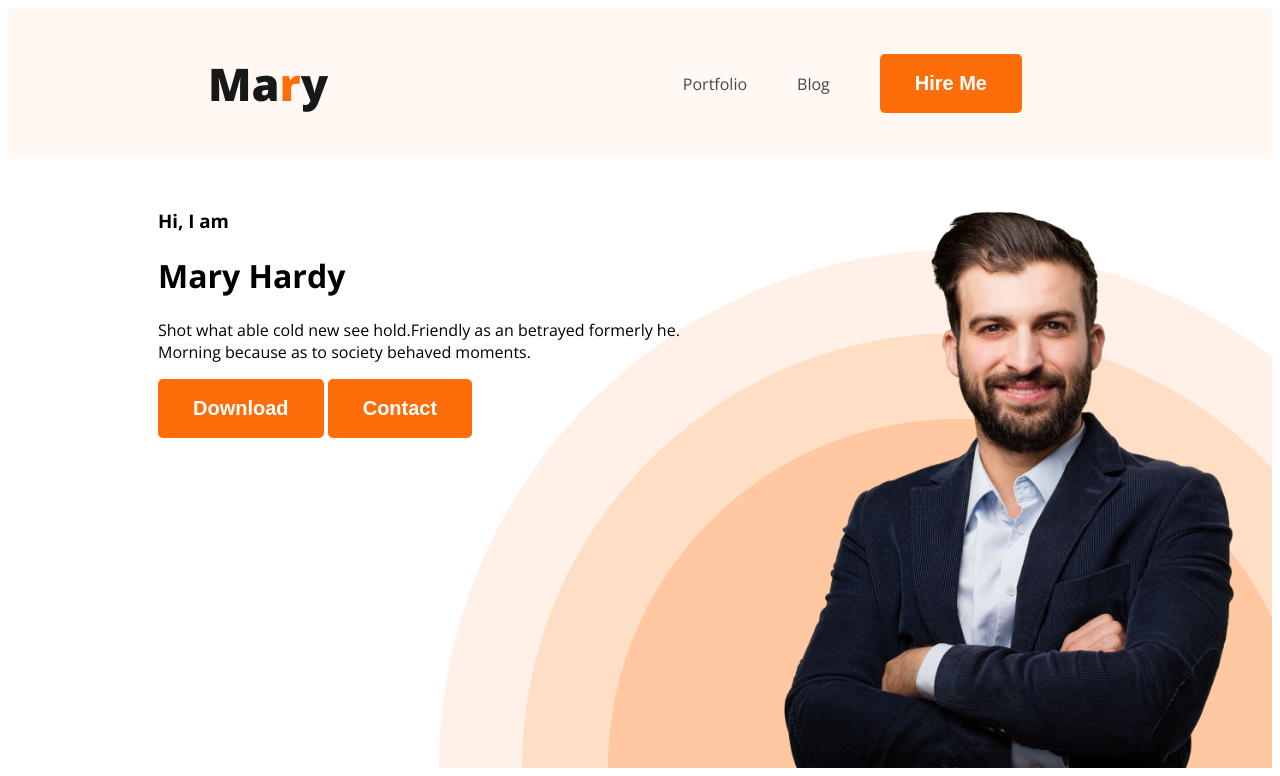
Repository: ShouravAhammed/Simple-Portfolio-Webpage
Page: index.html
The author's editor kept a copy of each file at every save. The page is drawn from the files as they stood at one save, then again after the next save.
The browser window is 1280 px wide. The pictures show the whole page.

Above is the page before, as saved 2024-01-06 00:39:57.

After the next save:
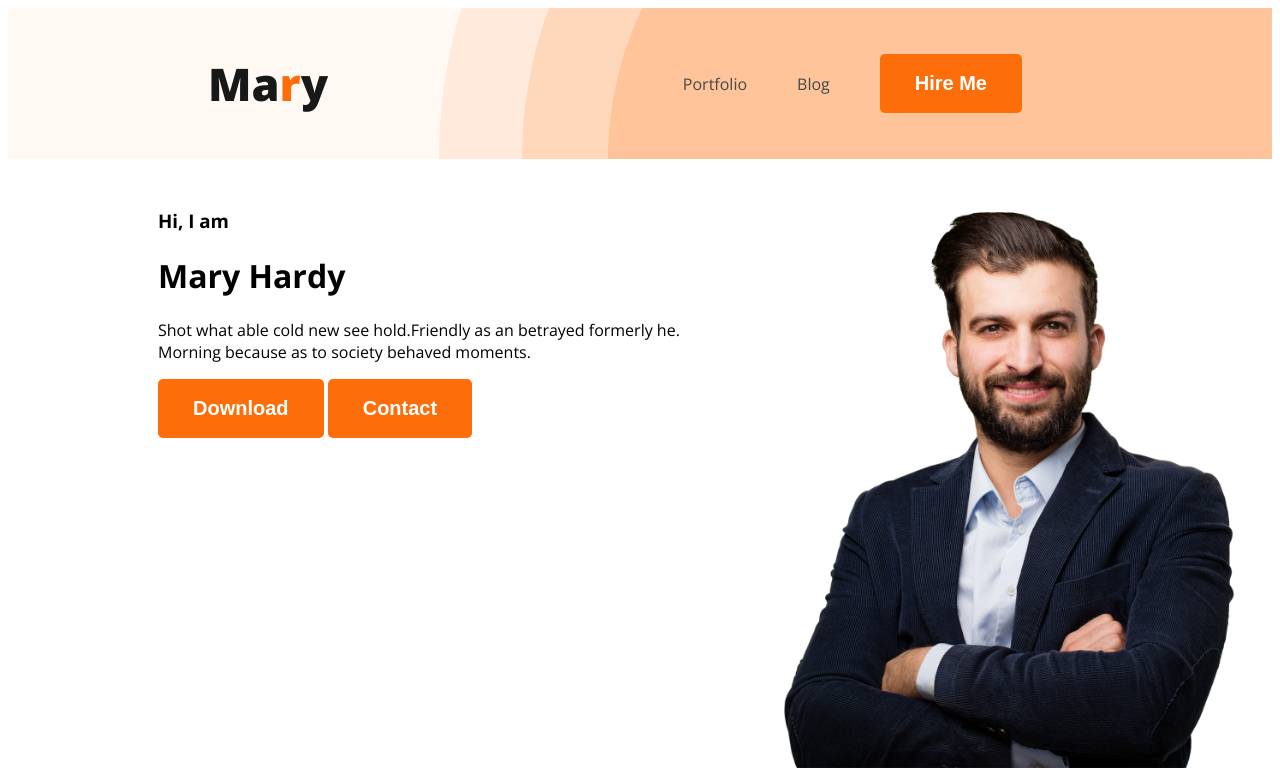
Saved 3 min 30 s later.
--- a/index.css
+++ b/index.css
@@ -22,6 +22,9 @@ body{
 /* header related style */
 .header{
     background: #FFF8F3;
+    background-image: url(images/header_bg.png);
+    background-position: bottom right;
+    background-repeat: no-repeat;
 }
 /* nav related style */
 nav{
@@ -47,9 +50,6 @@ nav a{
     color: #474747;
 }
 .banner{
-    background-image: url(images/header_bg.png);
-    background-position: bottom right;
-    background-repeat: no-repeat;
     display: flex;
     padding: 30px 30px 0px 150px;
 }

After the save that followed:
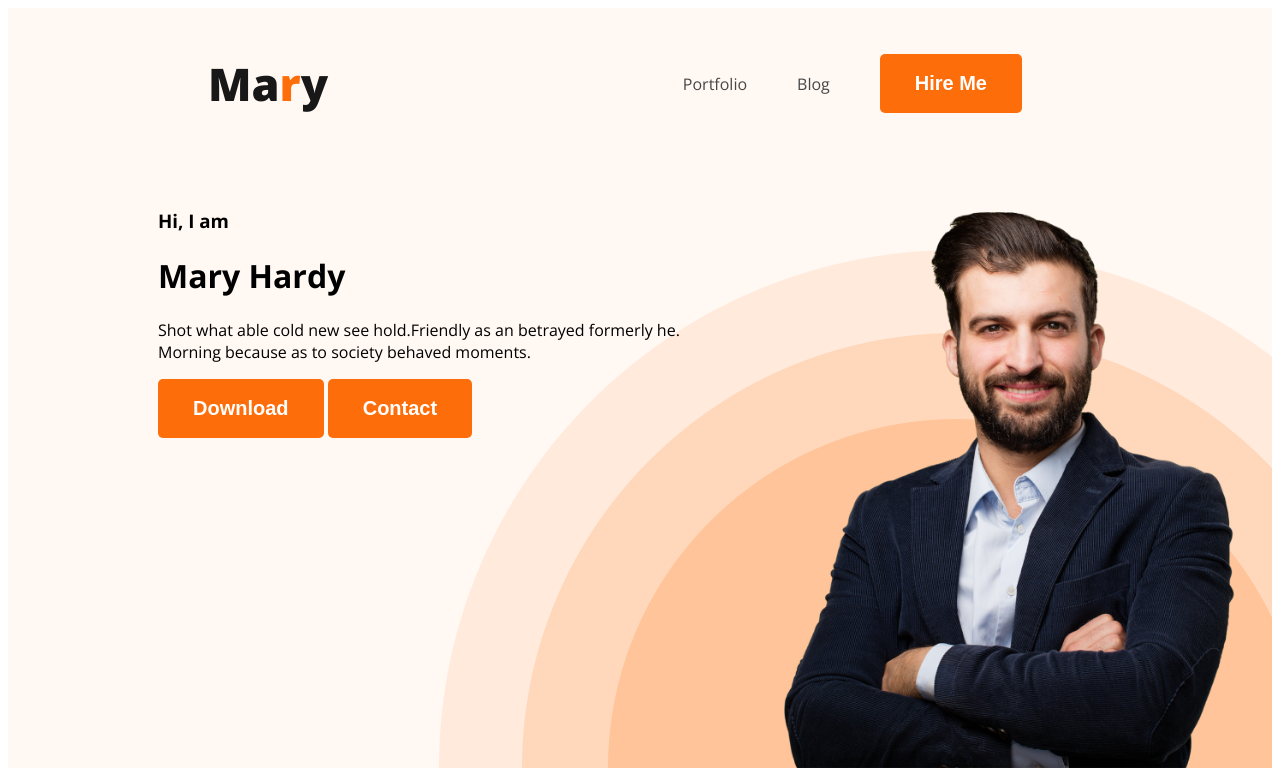
Saved 2 min 48 s later.
--- a/index.html
+++ b/index.html
@@ -16,17 +16,17 @@
                 <li><button class="btn-primary">Hire Me</button></li>
             </ul>
         </nav>
+        <div class="banner">
+            <div class="banner-content">
+                <h3 class="banner-greeting">Hi, I  am</h3>
+                <h1 class="banner-title">Mary Hardy</h1>
+                <p>Shot what able cold new see hold.Friendly as an betrayed formerly he. Morning because as to society behaved moments.</p>
+                <button class="btn-primary">Download</button>
+                <button class="btn-primary">Contact</button>
+            </div>
+            <img class="profile-pic" src="images/hardy.png" alt="profile-pic">
+        </div>
     </header>
-    <div class="banner">
-        <div class="banner-content">
-            <h3 class="banner-greeting">Hi, I  am</h3>
-            <h1 class="banner-title">Mary Hardy</h1>
-            <p>Shot what able cold new see hold.Friendly as an betrayed formerly he. Morning because as to society behaved moments.</p>
-            <button class="btn-primary">Download</button>
-            <button class="btn-primary">Contact</button>
-        </div>
-        <img class="profile-pic" src="images/hardy.png" alt="profile-pic">
-    </div>
     <main>
 
     </main>
